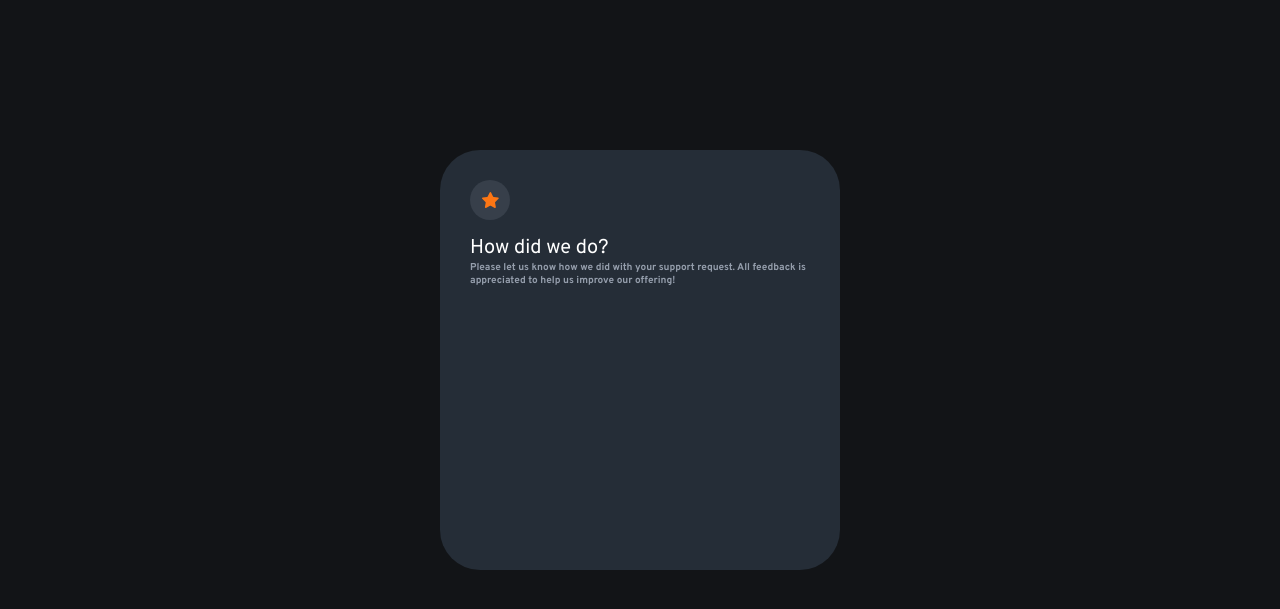
Repository: itbeginswithi/FrontebdMentor
Page: / (app in interactive-rating-component-main/)
The author's editor kept a copy of each file at every save. The page is drawn from the files as they stood at one save, then again after a run of saves.
The browser window is 1280 px wide. The pictures show the whole page.
The project was rebuilt for these pictures with package versions that can differ from the ones it lists, and the page was loaded fresh each time.

Above is the page before, as saved 2022-07-23 19:26:39.

After the next 2 saves:
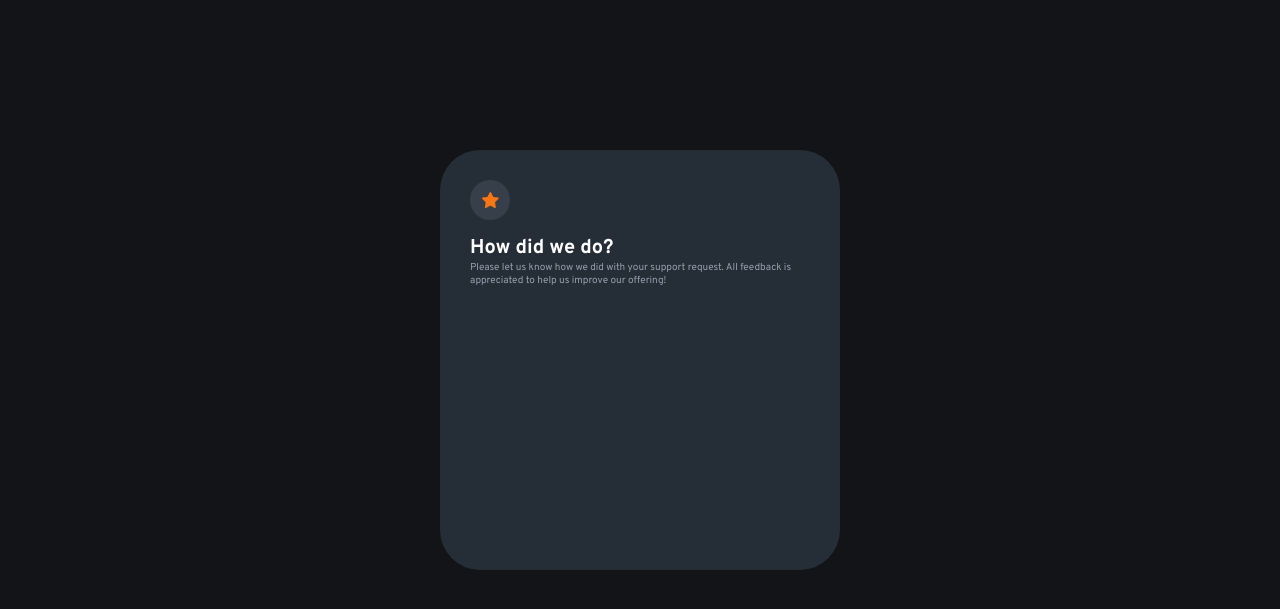
The 2 saves are shown as one change because they came seconds apart.
The last was saved 83 s later.
--- a/interactive-rating-component-main/src/App.scss
+++ b/interactive-rating-component-main/src/App.scss
@@ -55,12 +55,12 @@ main{
 
             h1{
                 color: $white;
-                font-weight: $regular;
+                font-weight: $bold;
             }
 
             p{
                 color: $light-grey;
-                font-weight: $bold;
+                font-weight: $regular;
             }
         }
     }
